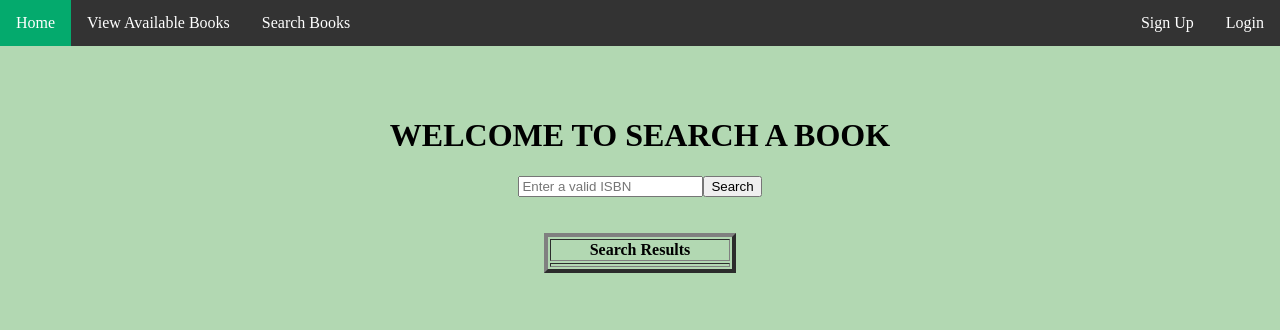
Repository: sach7691/original-book-store
Page: http://localhost/online-book-store-application/search_book.jsp
These files come from the project's save history. The page is drawn as it stood at one moment and after the next save; the edit follows.
The browser window is 1280 px wide. The pictures show the whole page.
The page is served by Tomcat 9. Other server files are loaded and not shown.

Above is the page before, as saved 2022-08-18 11:06:06.

### online-book-store-application/src/main/webapp/search_book.jsp
<%@ page language="java" contentType="text/html; charset=ISO-8859-1"
    pageEncoding="ISO-8859-1"%>
<%@ taglib uri="http://java.sun.com/jsp/jstl/core" prefix="c" %>
<%@ page import="java.util.List" %>
<%@page import="com.ab.models.Book" %>
<%@page errorPage="error.jsp" %>
<!DOCTYPE html>
<html>
<head>
<meta charset="ISO-8859-1">
<meta name="viewport" content="width=device-width, initial-scale=1.0">
<title>view books</title>
<style>
body {margin: 0;
 background: rgba(0, 128, 0, 0.3);}

 h1{
 text-align: center;
  padding-top: 50px;

 }
 letter {
   color: #ea503f;
   font-family: Arial;
 }

ul.topnav {
  list-style-type: none;
  margin: 0;
  padding: 0;
  overflow: hidden;
  background-color: #333;
}

ul.topnav li {float: left;}

ul.topnav li a {
  display: block;
  color: white;
  text-align: center;
  padding: 14px 16px;
  text-decoration: none;
}

ul.topnav li a:hover:not(.active) {background-color: #111;}

ul.topnav li a.active {background-color: #04AA6D;}

ul.topnav li.right {float: right;}

@media screen and (max-width: 600px) {
  ul.topnav li.right,
  ul.topnav li {float: none;}
}
</style>
</head>
</head>
<body>

<form action="http://localhost:8080/online-book-store-application/SerachBookServlet"  method="POST">
<div>
<ul class="topnav">
  <li><a class="active" href="welcome.jsp">Home</a></li>
  <li><a href="view_books.jsp">View Available Books</a></li>
  <li><a href="search_book.jsp">Search Books</a></li>
  <li class="right"><a href="login.jsp">Login</a></li>
  <li class="right"><a href="index.jsp">Sign Up</a></li>

</ul>
</div>

<div class="letter"><h1>WELCOME TO SEARCH A BOOK</h1> </div>
 <center><input type="text" name="search" placeholder="Enter a valid ISBN"><input type="submit"  value="Search"></center>
<center>
<br>
<%
String title =(String)session.getAttribute("bookTitle");
//System.out.println("I am jsp");
//System.out.println(session.getAttribute("bookTitle"));
 if(title == null){

	 title = " ";
 }


%>
<br>
<table border="4" style="width:15%">
  <tr>
    <th>Search Results</th>
  </tr>
       <td><%= title %></td>

  </tr>
</table>
</center>
</form>

</body>
</html>

After the next save:
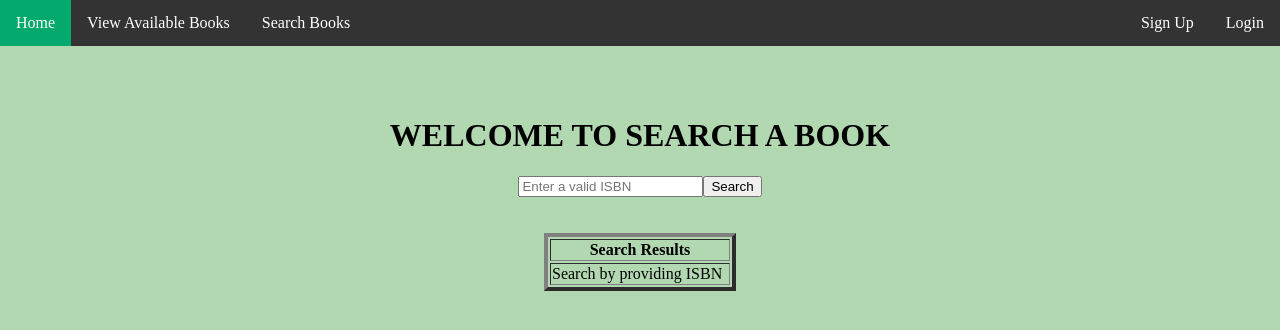
Saved 112 s later.
--- a/online-book-store-application/src/main/webapp/search_book.jsp
+++ b/online-book-store-application/src/main/webapp/search_book.jsp
@@ -79,7 +79,7 @@ String title =(String)session.getAttribute("bookTitle");
 //System.out.println(session.getAttribute("bookTitle"));
  if(title == null){
 
-	 title = " ";
+	 title = "Search by providing ISBN";
  }
 
 
